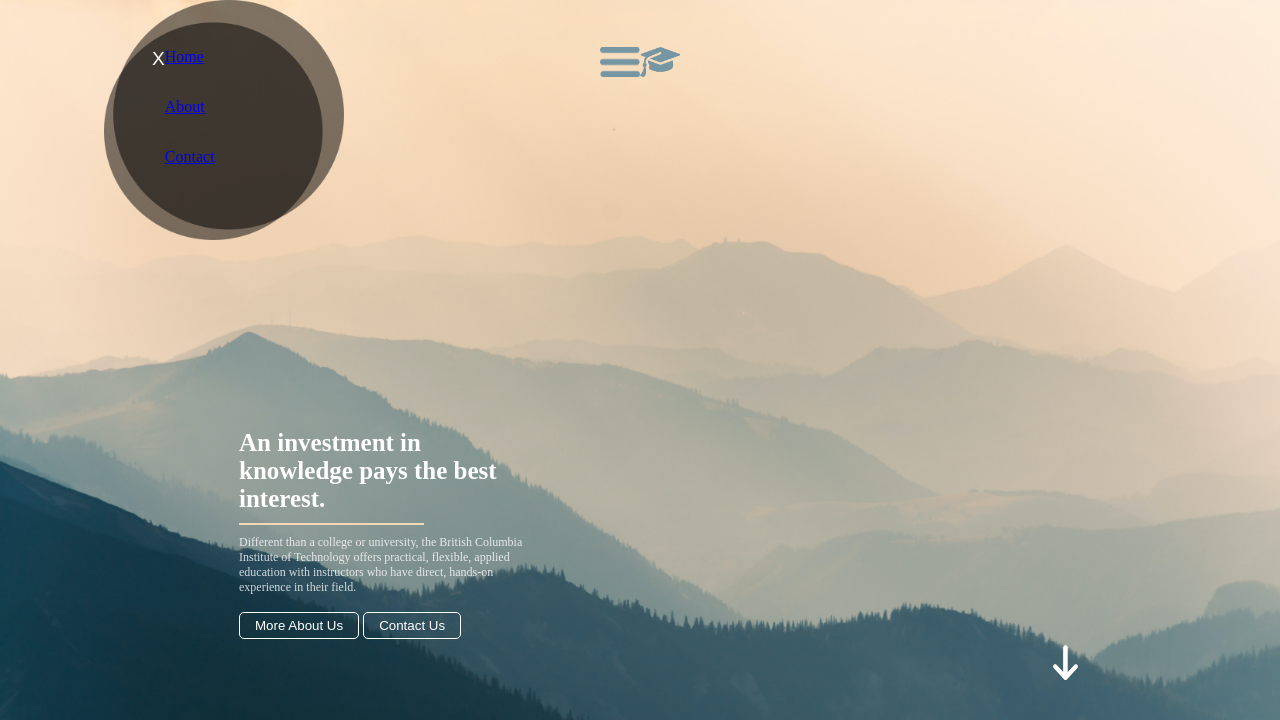
Repository: Sheraliramzan/Aly_A01253508_Assignment1
Page: /
These files come from the project's save history. The page is drawn as it stood at one moment and after the next save; the edit follows.
The browser window is 1280 px wide. The pictures show the whole page.
The project was rebuilt for these pictures with package versions that can differ from the ones it lists, and the page was loaded fresh each time. The framework's server and built-in components were replaced by stand-ins that run in the browser. Also part of the build but not shown: next.config.js.

Above is the page before, as saved 2023-02-04 17:45:36.

### pages/index.js
import Head from 'next/head'
import Image from 'next/image'
import styles from '../styles/Home.module.css'
import { useState } from 'react'
import { useRouter } from 'next/router'



export default function Home() {

  const [isMenuOpen, setIsMenuOpen] = useState(false);
  const handleClick = () => {
    setIsMenuOpen(!isMenuOpen);
  };
  const router = useRouter();
  return (
    <>
      <Head>
        <title>Home</title>
        <meta name="author" content="MDIA 2109" />
        <meta property="og:title" content= "Assignment #1 - Home Page"/>
        <meta property="og:description" content= "BCIT Digital Design and Development Diploma"/>
        <meta name="viewport" content="width=device-width, initial-scale=1" />
        <link rel="icon" href="/favicon.png" />
      </Head>
      <main className={styles.main}>
        <div className='fullcont'>
          <div className="navcont">
              <Image
                src={"/icons/menu-icon.png"}
                width={40}
                height={30}
                onClick={handleClick}
              />
              <Image src={"/icons/graduation-hat.png"} width={40} height={30} />
          </div>
          <div className="menucont">
          <div className="listcont">
            <div className="btncont">
              <button className="close" onChange={handleClick}>
                X
              </button>
            </div>
              <ul>
                <li>
                  <a href='#'>Home</a>
                </li>
                <li>
                  <a href='#'>About</a>
                </li>
                <li>
                  <a href='#'>Contact</a>
                </li>
              </ul>
            </div>
          <Image
            src={"/background-images/menuBackground.png"}
            width={240}
            height={240}
          />
        </div>

          <div className="headcont">
            <h1 className="headhome">An investment in <br/>knowledge pays the best <br/> interest.</h1>
            <div className="horidiv"></div>
            <p className="para1">Different than a college or university, the British Columbia <br/> Institute of Technology offers practical, flexible, applied education with instructors who have direct, hands-on experience in their field.</p>
          </div>
          <a className='butcont'>
            <button className='but1'>More About Us</button>
            <button className='but1'>Contact Us</button>
          </a>
          <a>
            <span>
              <Image className='downarrow' src ={"/downwardArrow.png"} width={25} height={35}></Image>
            </span>
          </a>
        </div>
      </main>
    </>
  )
}

### styles/globals.css


* {
  box-sizing: border-box;
  padding: 0;
  margin: 0;
}

html,
body {
  max-width: 100vw;
  overflow-x: hidden;

  background-image:url('../public/background-images/backgroundMountain.jpg') ;
  background-size: cover;
  background-repeat: no-repeat;
  height: 100vh;
}
.navcont {
  display: flex;
  align-items: center;
  justify-content: space-between;
  padding: 2rem 15rem;
}
.menucont{
  position: absolute;
  top: 0rem;
  left: 6.5rem;
}

ul {
  display: flex;
  flex-direction: column;
  gap: 2rem;
}

ul > li {
  list-style-type: none;
  color: white;
}
.listcont{
  position: absolute;
  display: flex;
  align-items: flex-start;
  left: 3rem;
  top: 3rem;
}

.btncont {
  display: flex;
}

.close {
  background-color: transparent;
  border: none;
  font-size: larger;
  color: white;
}

.fullcont{
  margin: 15px;
}
.but1{
  margin: 2px;
  padding: 5px 15px;
  background: none;
  border: 1px solid var(--primary-color);
  border-radius: 5px;
  color:var(--primary-color) ;
}
.butcont{
 margin-left: -123px;
}

.but1:hover{
  background-color: var( --primary-color);
  color: var(--quinary-color);
}
.downarrow{
  position: relative;
  left: 590px;
  top:50px;
}
.headcont{
  display: flex;
  flex-direction: column;
  width: 55%;
  margin-top: 320px;
  margin-left: -121px;
}
.headhome{
  color: var(--primary-color);
  font-size: 25px;
  margin-bottom: 10px;
}
.horidiv{
  width: 60%;
  border: 1px solid var(--secondary-color);
  margin-bottom: 10px;
}
.para1{
  color: var(--primary-color);
  font-size:12px;
  width: 100%;
  opacity: 0.8;
}


#carouselImage{
  height: 200px;
  background-repeat: no-repeat;
  background-size: cover;
  display: flex;
  justify-content: center;
  align-items: center;
  margin: 40px 0px;
}
#testOnImageHere{
  background-color: rgba(16, 46, 53, 0.5);
  padding: 10px;
  margin: 0px 50px;
}

### styles/variables.css
:root{
    --primary-color:#fff;
    --secondary-color:#f4d6b9;
    --ternary-color: #7796a4;
    --quaternary-color:#14343d;
    --quinary-color:rgba(16,46,53,0.5);
}

### styles/Home.module.css
.main {
  display: flex;
  flex-direction: column;
  justify-content: space-between;
  align-items: center;
}

Loaded but not shown: pages/_app.js (common file); pages/_document.js (common file)

After the next save:
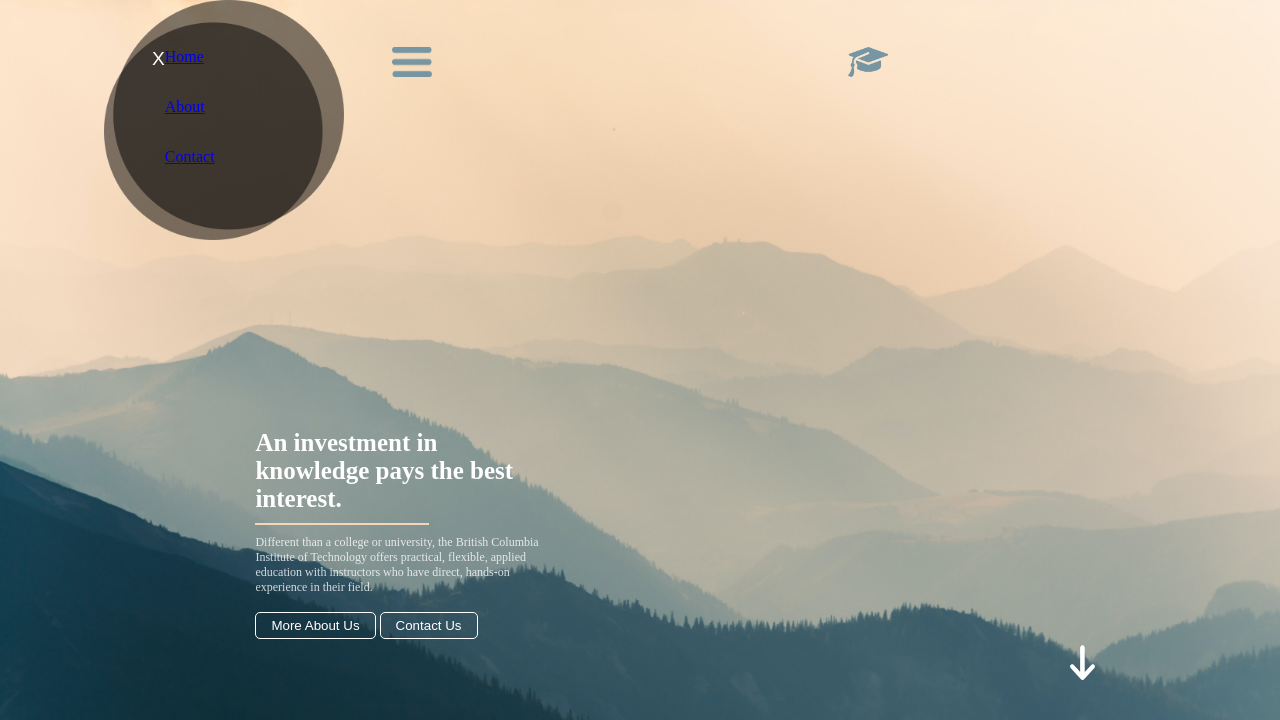
Saved 6 s later.
--- a/styles/globals.css
+++ b/styles/globals.css
@@ -20,7 +20,7 @@ body {
   display: flex;
   align-items: center;
   justify-content: space-between;
-  padding: 2rem 15rem;
+  padding: 2rem 1rem;
 }
 .menucont{
   position: absolute;
